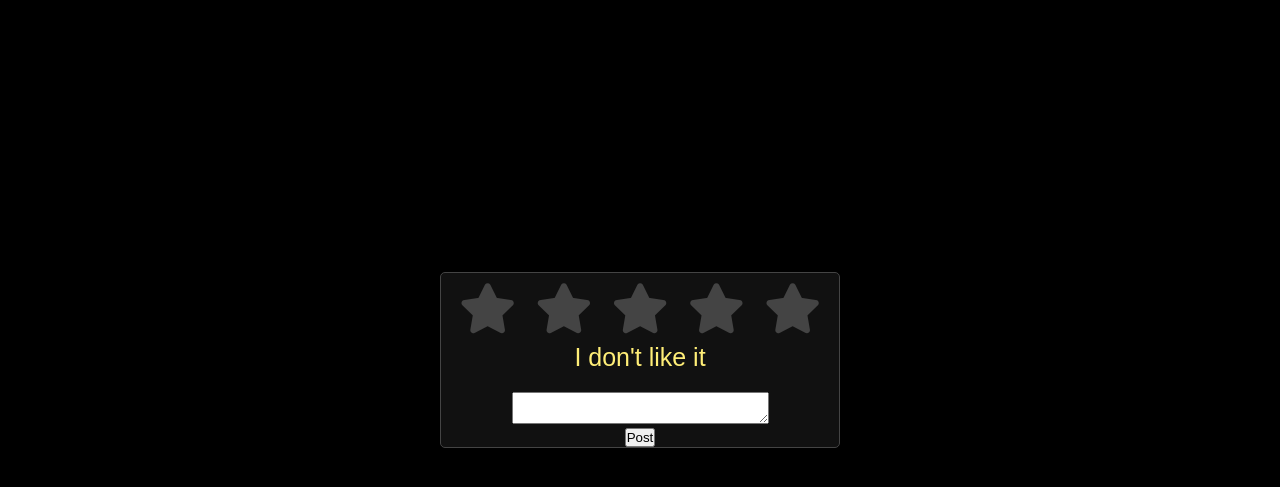
Repository: Suryansh-D/Star-Ratings
Page: index.html
These files come from the project's save history. The page is drawn as it stood at one moment and after the next save; the edit follows.
The browser window is 1280 px wide. The pictures show the whole page.

Above is the page before, as saved 2024-02-03 09:56:23.

After the next save:
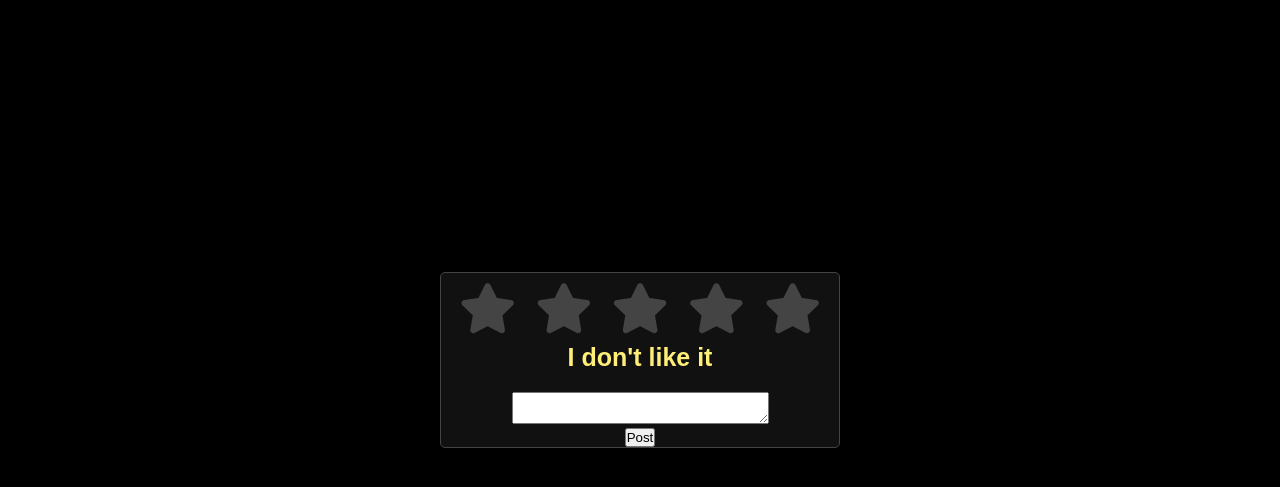
Saved 24 s later.
--- a/style.css
+++ b/style.css
@@ -51,7 +51,7 @@ form header{
     width:100%;
     font-size: 25px;
     color: #fe7;
-    font-weight: 500;
+    font-weight: 700;
     margin: 5px 0 20px 0;
     text-align: center;
     transition: all 0.2s ease;
